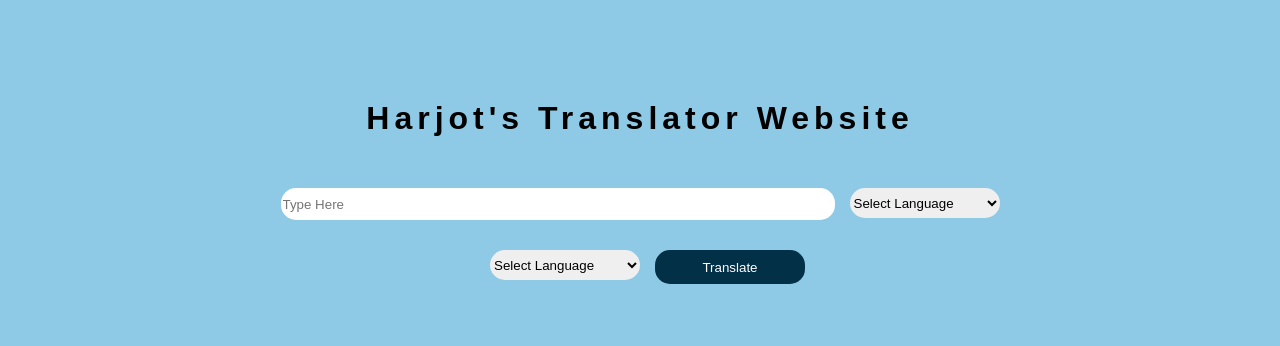
Repository: Harjot00/Pythonpractice
Page: Translator/homepage.html
These files come from the project's save history. The page is drawn as it stood at one moment and after the next save; the edit follows.
The browser window is 1280 px wide. The pictures show the whole page.
Some web fonts or font styles are not loaded; a fallback is used.

Above is the page before, as saved 2022-03-06 19:32:59.

After the next save:
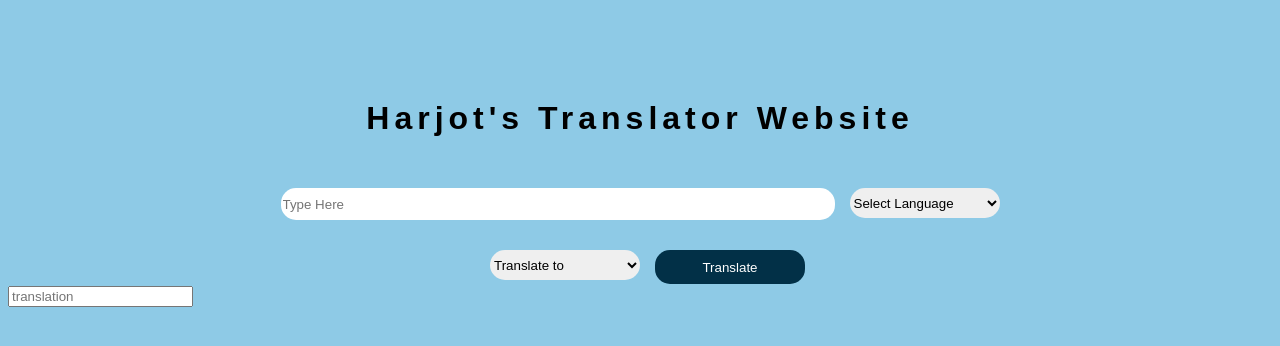
Saved 4 min 0 s later.
--- a/Translator/homepage.html
+++ b/Translator/homepage.html
@@ -28,7 +28,7 @@
     <div style = "display: flex; justify-content: center;">
         <form id = "language2">
             <select >
-                <option disabled selected>Select Language</option>
+                <option disabled selected>Translate to</option>
                 <option value="volvo">French</option>
                 <option value="saab">Italian</option>
                 <option value="opel">German</option>
@@ -38,5 +38,8 @@
         <button>Translate</button>
 
     </div>
+    <div style ="justify-content: center">
+        <input type="text" placeholder="translation"></input>
+    </div>
 </body>
 </html>
